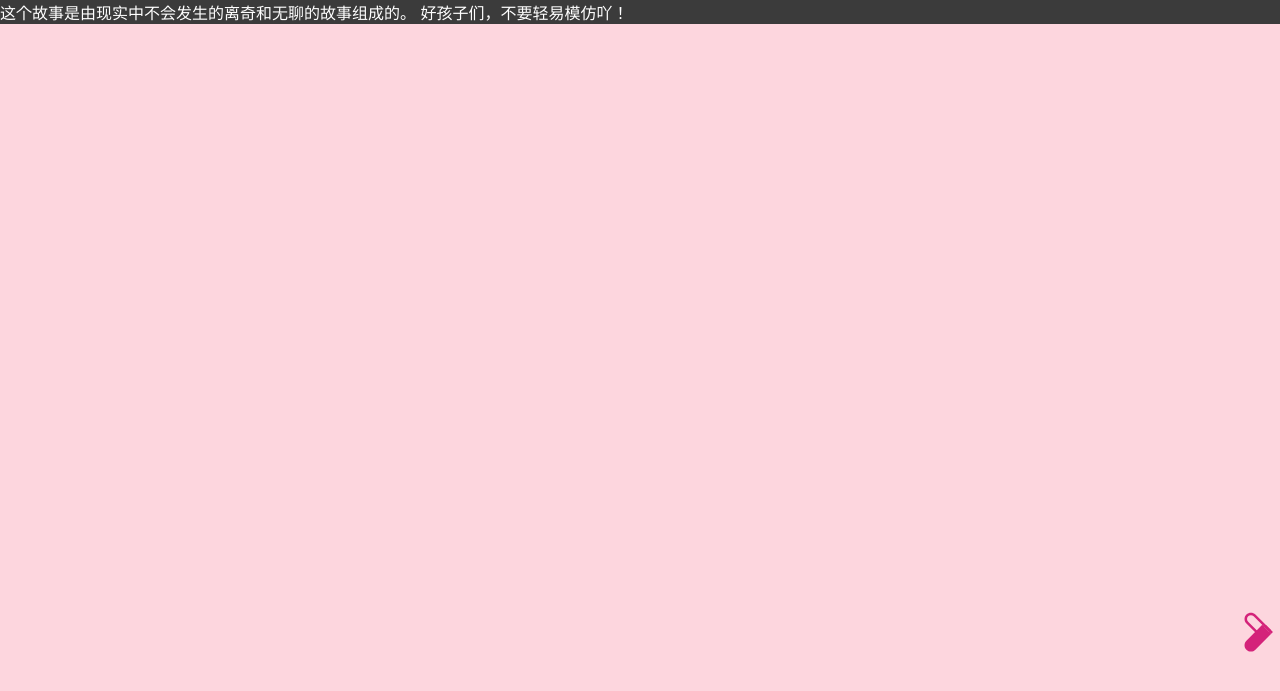
Repository: Jofali/reasoning-genius
Page: /
An editor plug-in stored every save of this project. The page is shown before and after the next save, followed by the edit.
The browser window is 1280 px wide. The pictures show the whole page.
The project was rebuilt for these pictures with package versions that can differ from the ones it lists, and the page was loaded fresh each time. Also part of the build but not shown: src/part1/part1.css, src/part1/part1.js, src/part2/part2.css, src/part2/part2.js, src/title/title.css, src/title/title.js, src/inventory/inventory.css, src/inventory/inventory.js.

Above is the page before, as saved 2019-05-22 17:23:47.

### public/index.html
<!DOCTYPE html>
<html lang="en">
  <head>
    <meta charset="utf-8" />
    <link rel="shortcut icon" href="%PUBLIC_URL%/favicon.ico" />
    <meta name="viewport" content="width=device-width, initial-scale=1" />
    <meta name="theme-color" content="#000000" />
    <!--
      manifest.json provides metadata used when your web app is installed on a
      user's mobile device or desktop. See https://developers.google.com/web/fundamentals/web-app-manifest/
    -->
    <link rel="manifest" href="%PUBLIC_URL%/manifest.json" />
    <!--
      Notice the use of %PUBLIC_URL% in the tags above.
      It will be replaced with the URL of the `public` folder during the build.
      Only files inside the `public` folder can be referenced from the HTML.

      Unlike "/favicon.ico" or "favicon.ico", "%PUBLIC_URL%/favicon.ico" will
      work correctly both with client-side routing and a non-root public URL.
      Learn how to configure a non-root public URL by running `npm run build`.
    -->
    <title>Reasoning Genius</title>
  </head>
  <body>
    <noscript>You need to enable JavaScript to run this app.</noscript>
    <div id="root"></div>
    <!--
      This HTML file is a template.
      If you open it directly in the browser, you will see an empty page.

      You can add webfonts, meta tags, or analytics to this file.
      The build step will place the bundled scripts into the <body> tag.

      To begin the development, run `npm start` or `yarn start`.
      To create a production bundle, use `npm run build` or `yarn build`.
    -->
  </body>
</html>

### src/index.css
body {
  margin: 0;
  font-family: -apple-system, BlinkMacSystemFont, "Segoe UI", "Roboto", "Oxygen",
    "Ubuntu", "Cantarell", "Fira Sans", "Droid Sans", "Helvetica Neue",
    sans-serif;
  -webkit-font-smoothing: antialiased;
  -moz-osx-font-smoothing: grayscale;
}

code {
  font-family: source-code-pro, Menlo, Monaco, Consolas, "Courier New",
    monospace;
}

#root {
  height: 100%;
}

*{
  padding: 0;
  margin: 0;
}

html,body {
  height: 100%;
}

### src/App.js
import React, { Component } from 'react';
import { CSSTransition } from 'react-transition-group';

import Part1 from './part1/part1';
import Part2 from './part2/part2';
import Title from './title/title';
import Inventory from './inventory/inventory';
import Begin from './begin/begin';

import './App.css';
import arrNext from './assets/arrnext.svg';

class App extends Component {
  constructor(props) {
    super(props);
    this.state = {
      content: <Begin />,
      arr: arrNext,
      arrStatus: "next",
      maxPartNum: 1,
      showPart: true
    };
    this.stepTo = this.stepTo.bind(this);
  }

  partNum = 0;
  timer = null;
  stepTo() {
    if(this.partNum === this.state.maxPartNum) {
      this.partNum = 0;
    } else {
      this.partNum += 1;
    }

    this.setshow(false);
    if(this.timer !== null) {
      clearTimeout(this.timer);
    }
    this.timer = setTimeout( () => {
      switch(this.partNum)
      {
        case 0:
          this.setState({ content: <Part1 /> })
          this.setState({ arrStatus: "next" });
          break;
        case 1:
          this.setState({ content: <Part2 /> })
          this.setState({ arrStatus: "prev" })
          break;
        default:
          this.setState({ content: <Begin /> })
      }
      this.setshow(true);
    }, 300);

  }

  setshow(bool) {
    this.setState({ showPart: bool })
  }

  componentDidMount() {

  }

  render() {
    return (
        <div className="App">
          <div className="arr" onClick={this.stepTo}>
            <img src={this.state.arr} className={this.state.arrStatus} alt=""/>
          </div>
          <CSSTransition
              in={this.state.showPart}
              timeout={300}
              classNames="alert"
              unmountOnExit
            >
              { this.state.content }
          </CSSTransition>
        </div>
    );
  }
}

export default App;

### src/begin/begin.js
import React from 'react';

import './begin.css';
function Title() {
  return (
    <div>
      <div className="begin">
        <div className="begin-content-wrap">
          这个故事是由现实中不会发生的离奇和无聊的故事组成的。
          好孩子们，不要轻易模仿吖！
        </div>
      </div>
    </div>
  );
}

export default Title;

### src/App.css
.App {
  width: 100%;
  height: 100%;
  background: rgb(253,214,222);
  position: relative;
}

.App img {
  width: 100%;
}

.arr {
  position: fixed;
  bottom: 60px;
  right: 0;
  width: 3rem;
  z-index: 2;
}

.next {
  transform: rotate(0);
}

.prev {
  transform: rotate(180deg);
}

.arr img {
  max-width: 100%;
  transition: all .3s;
}

.alert-enter {
  opacity: 0;
}
.alert-enter-active {
  opacity: 1;
  transform: translateX(0);
  transition: opacity 300ms, transform 300ms;
}
.alert-exit {
  opacity: 1;
}
.alert-exit-active {
  opacity: 0;
  transition: opacity 300ms, transform 300ms;
}

### src/begin/begin.css
.begin {
  width: 100%;
  height: 100%;
  background: rgb(59, 59, 59);
  color: #fff;
}

Loaded but not shown: src/index.js (common file); src/serviceWorker.js (common file)

After the next save:
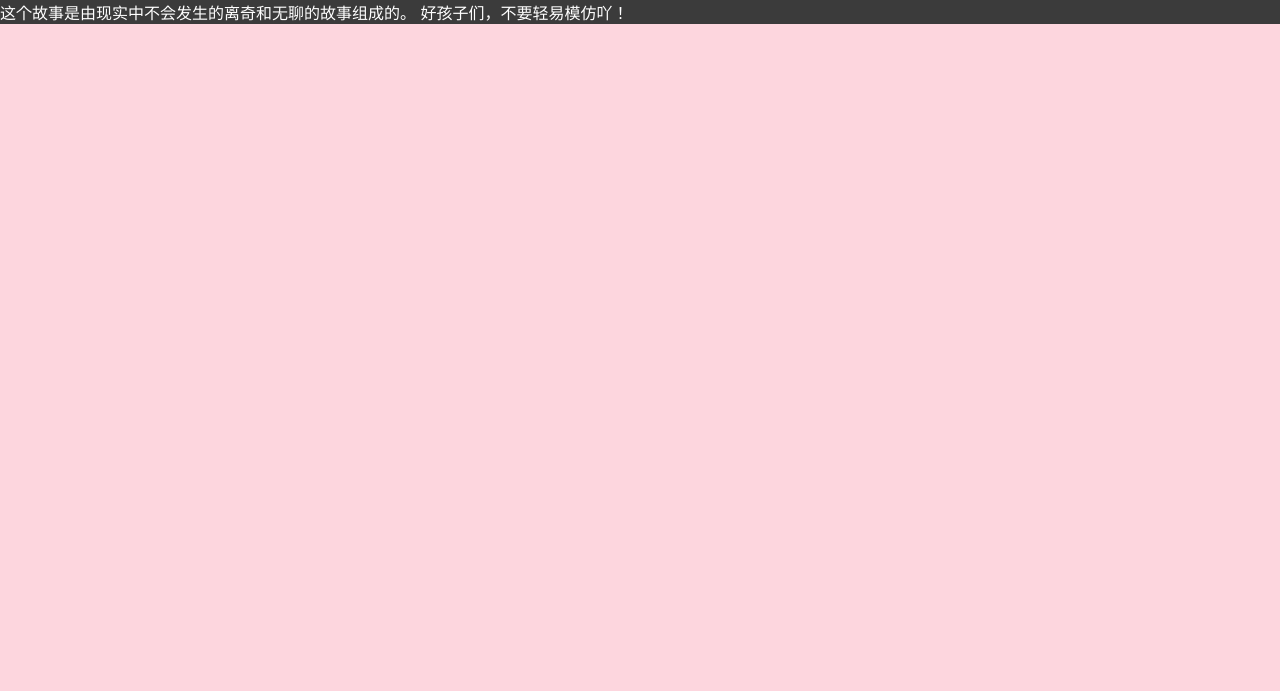
Saved 5 s later.
--- a/src/App.js
+++ b/src/App.js
@@ -66,9 +66,6 @@ class App extends Component {
   render() {
     return (
         <div className="App">
-          <div className="arr" onClick={this.stepTo}>
-            <img src={this.state.arr} className={this.state.arrStatus} alt=""/>
-          </div>
           <CSSTransition
               in={this.state.showPart}
               timeout={300}
